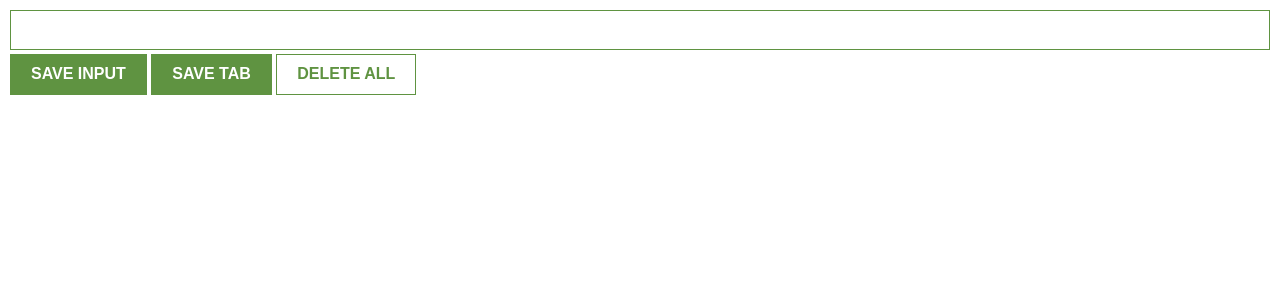
Repository: ananthantharma/Chrome-Extension
Page: index.html
These files come from the project's save history. The page is drawn as it stood at one moment and after the next save; the edit follows.
The browser window is 1280 px wide. The pictures show the whole page.

Above is the page before, as saved 2022-07-20 23:50:27.

### index.html
<html>
    <head><link rel="stylesheet" href="https://cdnjs.cloudflare.com/ajax/libs/normalize/8.0.1/normalize.css">
        <link rel="stylesheet" href="index.css">

    </head>
    <body>
        <input type="text" id="input-el">
        <button id="input-btn">SAVE INPUT</button>
        <button id="tab-btn">SAVE TAB</button>
        <button id="delete-btn">DELETE ALL</button>
        <ul id="ul-el">
        </ul>
        <script src="index.js"></script>
    </body>
    <footer id="ananthan-el">

    </footer>
</html>

### index.css
body {
    margin: 0;
    padding: 10px;
    font-family: Arial, Helvetica, sans-serif;
    min-width: 400px;
}
footer{
    font-family: 'Brush Script MT', cursive;
    font-size:20px;
    font-style:none;
    font-weight: normal;
    color: #5f9341;
    text-align: right;
}
input {
    width: 100%;
    padding: 10px;
    box-sizing: border-box;
    border: 1px solid #5f9341;
    margin-bottom: 4px;
}

button {
    background: #5f9341;
    color: white;
    padding: 10px 20px;
    border: 1px solid #5f9341;
    font-weight: bold;
}

#delete-btn {
    background: white;
    color: #5f9341;
}

ul {
    margin-top: 20px;
    list-style: none;
    padding-left: 0;
}

li {
    margin-top: 5px;
}

a {
    color: #5f9341;
}

#delete-icon {
    background: white;
    color: #5f9341;
    font-family: Arial, Helvetica, sans-serif;
    font-size:10px;

    margin: 0;
    padding: 0;
    margin-left: 4px;

    line-height: normal;
}
.small-btn{
    background: white;
    color: #5f9341;
    font-family: Arial, Helvetica, sans-serif;
    font-size:10px;

    margin: 0;
    padding: 0;
    margin-left: 4px;

    line-height: normal;
}
#ananthan {
    background: white;
    color: #040a00;
    font-family: Arial, Helvetica, sans-serif;
    font-size:10px;

    margin: 0;
    padding: 2;
    margin-left: 4px;

    line-height: normal;

### index.js
let myLeads = []
const inputEl = document.getElementById("input-el")
const inputBtn = document.getElementById("input-btn")
const ulEl = document.getElementById("ul-el")
const deleteBtn = document.getElementById("delete-btn")
const leadsFromLocalStorage = JSON.parse( localStorage.getItem("myLeads") )
const tabBtn = document.getElementById("tab-btn")
const li=document.createElement("li")



if (leadsFromLocalStorage) {
    myLeads = leadsFromLocalStorage
    render(myLeads)
   }

tabBtn.addEventListener("click", function(){
    chrome.tabs.query({active: true, currentWindow: true}, function(tabs){
        myLeads.push(tabs[0].url)
        localStorage.setItem("myLeads", JSON.stringify(myLeads) )

        let a5=document.createElement('a')
        let list5 =document.createElement("li")
        let button5=document.createElement('button')

        button5.className="small-btn"
        button5.id="small-button"
        button5.innerHTML="Delete";
        button5.onclick=function(){
            list5.remove()
            let index = myLeads.indexOf(tabs[0].url);
            //if (index !== -1) {
                myLeads.splice(index, 1);
                localStorage.setItem("myLeads", JSON.stringify(myLeads) )
            //}
        }
        a5.innerHTML=tabs[0].url
        a5.title =tabs[0].url
        a5.href=tabs[0].url



        ulEl.appendChild(list5)
        list5.appendChild(a5)
        list5.appendChild(button5)



        })
    })

function render(leads) {
    for (let i = 0; i < leads.length; i++) {
        //li.appendChild(document.createTextNode(leads[i]));
        let a=document.createElement('a')
        let list =document.createElement("li")
        let button=document.createElement("button")
        button.className="small-btn"
        button.id="small-button"
        button.innerHTML="Delete";
        //*********************************************** */
        button.onclick=function(){
            list.remove()
            let index = myLeads.indexOf(leads[i]);
            //if (index !== -1) {
                myLeads.splice(index, 1);
                localStorage.setItem("myLeads", JSON.stringify(myLeads) )
            //}
        }

        a.innerHTML=leads[i]
        a.title =leads[i]
        a.href=leads[i]

        ulEl.appendChild(list)
        list.appendChild(a)
        list.appendChild(button)



        }

          }

          function removebutton(parent) {

                this.parentElement.remove();
            }

    deleteBtn.addEventListener("dblclick", function() {
        myLeads = []
        localStorage.clear()
        document.getElementById('ul-el').innerHTML = '';
        console.log(myLeads)
        })





    inputBtn.addEventListener("click", function() {
        myLeads.push(inputEl.value)
        localStorage.setItem("myLeads", JSON.stringify(myLeads))

        let a1=document.createElement('a')
        let list1=document.createElement("li")

        let button2=document.createElement('button')
        button2.className="small-btn"
        button2.id="small-button"
        a1.innerHTML=inputEl.value
        a1.title =inputEl.value
        a1.href=inputEl.value

        button2.innerHTML="Delete"
        button2.onclick=function(){
            list1.remove()
            let index = myLeads.indexOf(inputEl.value);
            //if (index !== -1) {
                myLeads.splice(index, 1);
                localStorage.setItem("myLeads", JSON.stringify(myLeads) )
            //}
        }


        ulEl.appendChild(list1);
        list1.appendChild(a1)
        list1.appendChild(button2)


        inputEl.value = ""


        console.log(myLeads)
        })

       /*  function ananthanMessage(){
            alert("Ananthan thanks you for using his Chrome extension");
        } */

        let button10=document.createElement('button')
        let footer=document.createElement('FOOTER')
        button10.innerHTML="Made by Ananthan"
        button10.id="ananthan"
        footer.appendChild(button10)

After the next save:
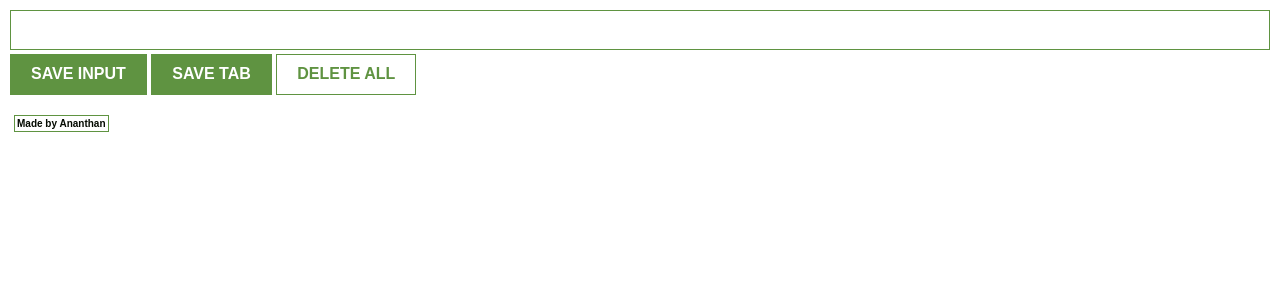
Saved 113 s later.
--- a/index.js
+++ b/index.js
@@ -142,4 +142,4 @@ function render(leads) {
         let footer=document.createElement('FOOTER')
         button10.innerHTML="Made by Ananthan"
         button10.id="ananthan"
-        footer.appendChild(button10)
+        document.body.appendChild(button10)
